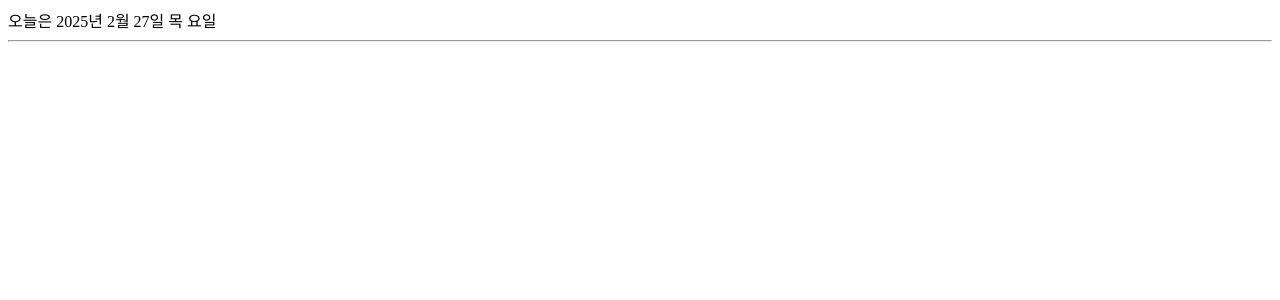
Repository: LEENYAMNYAM/JSP
Page: http://localhost/JSP_Project/exam/DataExam.jsp
These files come from the project's save history. The page is drawn as it stood at one moment and after the next save; the edit follows.
The browser window is 1280 px wide. The pictures show the whole page.
The page is served by Tomcat 9. Other server files are loaded and not shown.

Above is the page before, as saved 2025-02-27 07:00:34.

### JSP_Project/src/main/webapp/exam/DataExam.jsp
<%@page import="java.util.Calendar"%>
<%@ page language="java" contentType="text/html; charset=UTF-8"
    pageEncoding="UTF-8"%>
<!DOCTYPE html>
<html>
<head>
<meta charset="UTF-8">
<title>Insert title here</title>
</head>
<%
	Calendar ca = Calendar.getInstance();
	String[] arr = {"일", "월", "화", "수", "목", "금", "토"};
%>
<body>

오늘은 <%= ca.get(Calendar.YEAR) %>년
	 <%= ca.get(Calendar.MONTH) + 1 %>월
	 <%= ca.get(Calendar.DATE) %>일
	 <%= arr[ca.get(Calendar.DAY_OF_WEEK)-1] %> 요일
<hr/>

</body>
</html>

After the next save:
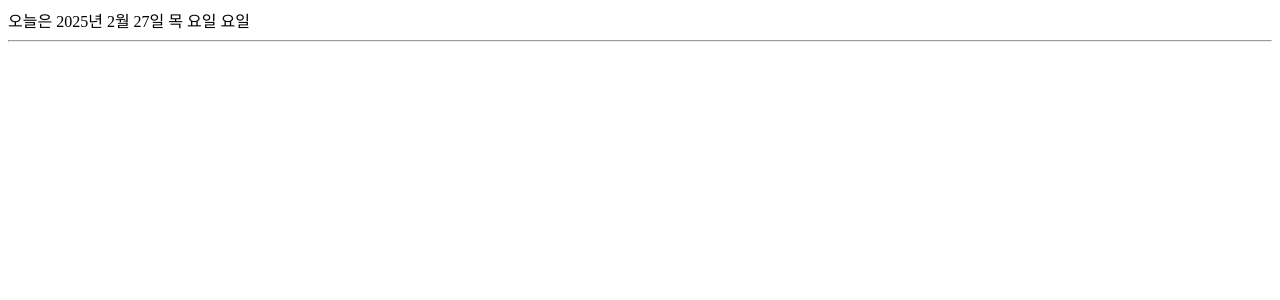
Saved 4 min 17 s later.
--- a/JSP_Project/src/main/webapp/exam/DataExam.jsp
+++ b/JSP_Project/src/main/webapp/exam/DataExam.jsp
@@ -10,6 +10,17 @@
 <%
 	Calendar ca = Calendar.getInstance();
 	String[] arr = {"일", "월", "화", "수", "목", "금", "토"};
+
+	String day="";
+	switch(ca.get(Calendar.DAY_OF_MONTH)){
+		case 1: day="일"; break;
+		case 2: day="월"; break;
+		case 3: day="화"; break;
+		case 4: day="수"; break;
+		case 5: day="목"; break;
+		case 6: day="금"; break;
+		case 7: day="토"; break;
+	}
 %>
 <body>
 
@@ -17,6 +28,7 @@
 	 <%= ca.get(Calendar.MONTH) + 1 %>월
 	 <%= ca.get(Calendar.DATE) %>일
 	 <%= arr[ca.get(Calendar.DAY_OF_WEEK)-1] %> 요일
+	 <%= day %> 요일
 <hr/>
 
 </body>
